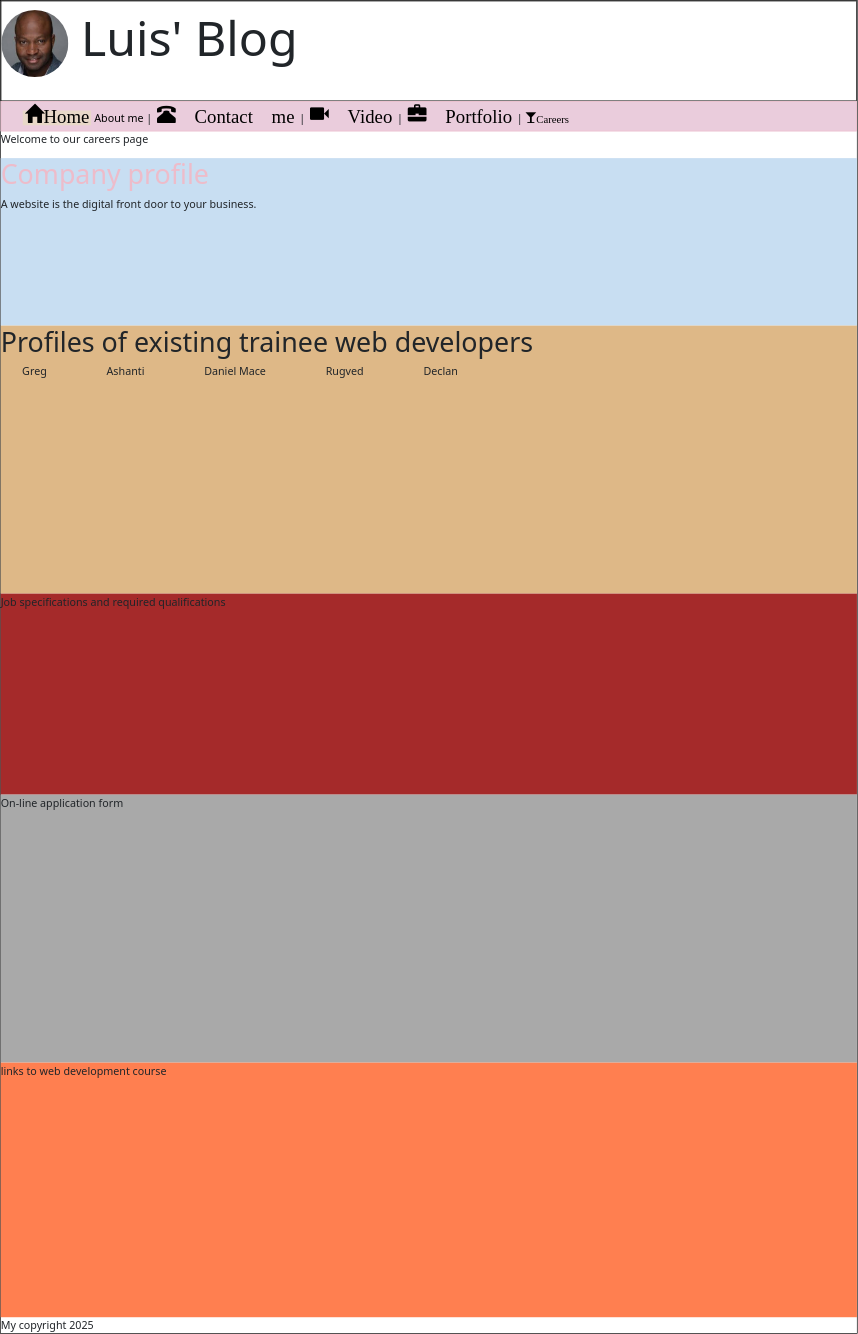
Repository: wduluis/wduluis.github.io
Page: careers.html
The author's editor kept a copy of each file at every save. The page is drawn from the files as they stood at one save, then again after the next save.
The browser window is 1280 px wide. The pictures show the whole page, at 67% of full size.

Above is the page before, as saved 2025-05-09 12:08:30.

After the next save:
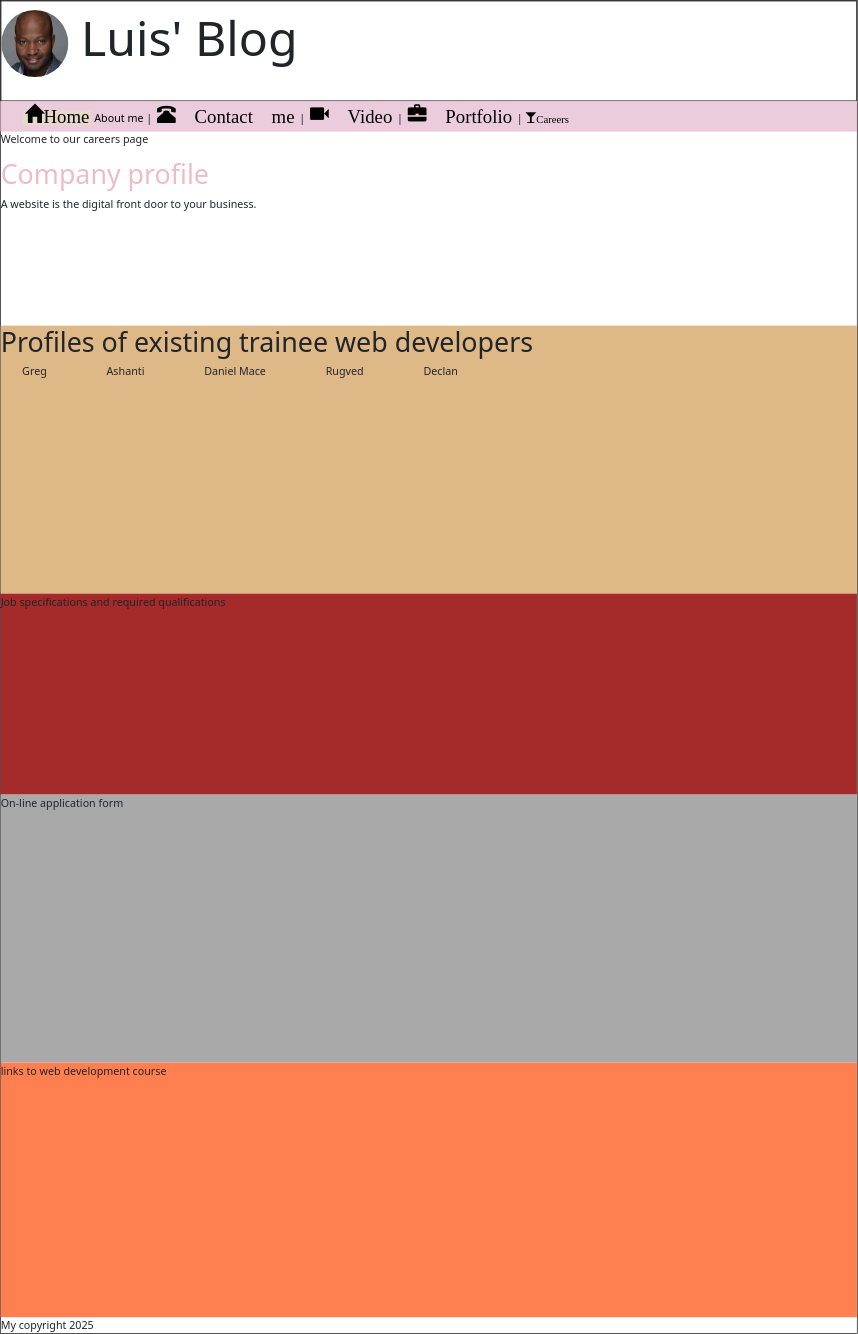
Saved 27 s later.
--- a/mycss/myblog.css
+++ b/mycss/myblog.css
@@ -99,7 +99,7 @@ border: 1px solid #000;
 .company_profile {
     width: 100%;
     height: 250px;
-    background-color: #c8def2;
+    /* background-color: #c8def2; */
     /* border-radius: 8px;
     margin: 10px; */
 }
